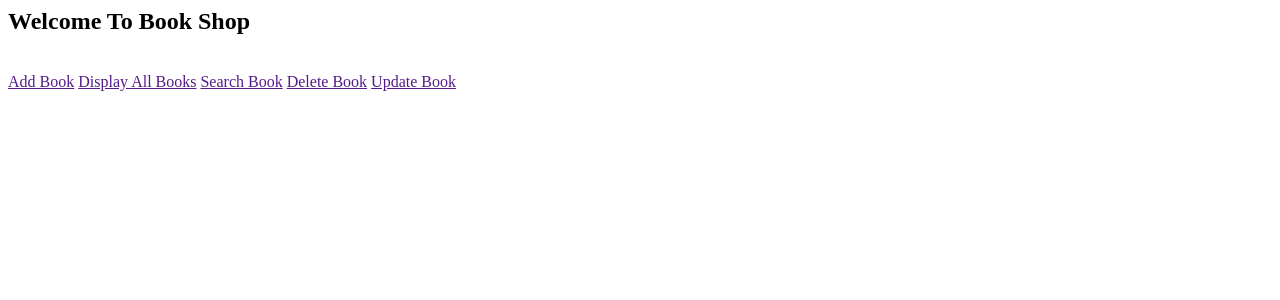
Repository: Bhakti-Belan/Web_Based_Java_Assignment
Page: http://localhost/Online_Bookshop/
These files come from the project's save history. The page is drawn as it stood at one moment and after the next save; the edit follows.
The browser window is 1280 px wide. The pictures show the whole page.
The page is served by Tomcat 10.

Above is the page before, as saved 2025-04-24 10:55:29.

After the next save:
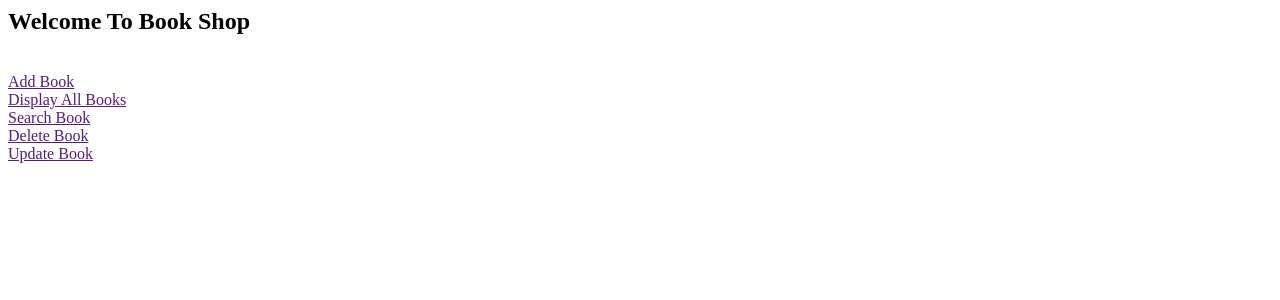
Saved 22 min 48 s later.
--- a/Online_Bookshop/src/main/webapp/index.jsp
+++ b/Online_Bookshop/src/main/webapp/index.jsp
@@ -2,10 +2,10 @@
 <body>
 <h2>Welcome To Book Shop</h2>
 <br>
-<a href="">Add Book</a>
-<a href="">Display All Books</a>
-<a href="">Search Book</a>
-<a href="">Delete Book</a>
-<a href="">Update Book</a>
+<a href="">Add Book</a><br>
+<a href="">Display All Books</a><br>
+<a href="">Search Book</a><br>
+<a href="">Delete Book</a><br>
+<a href="">Update Book</a><br>
 </body>
 </html>
